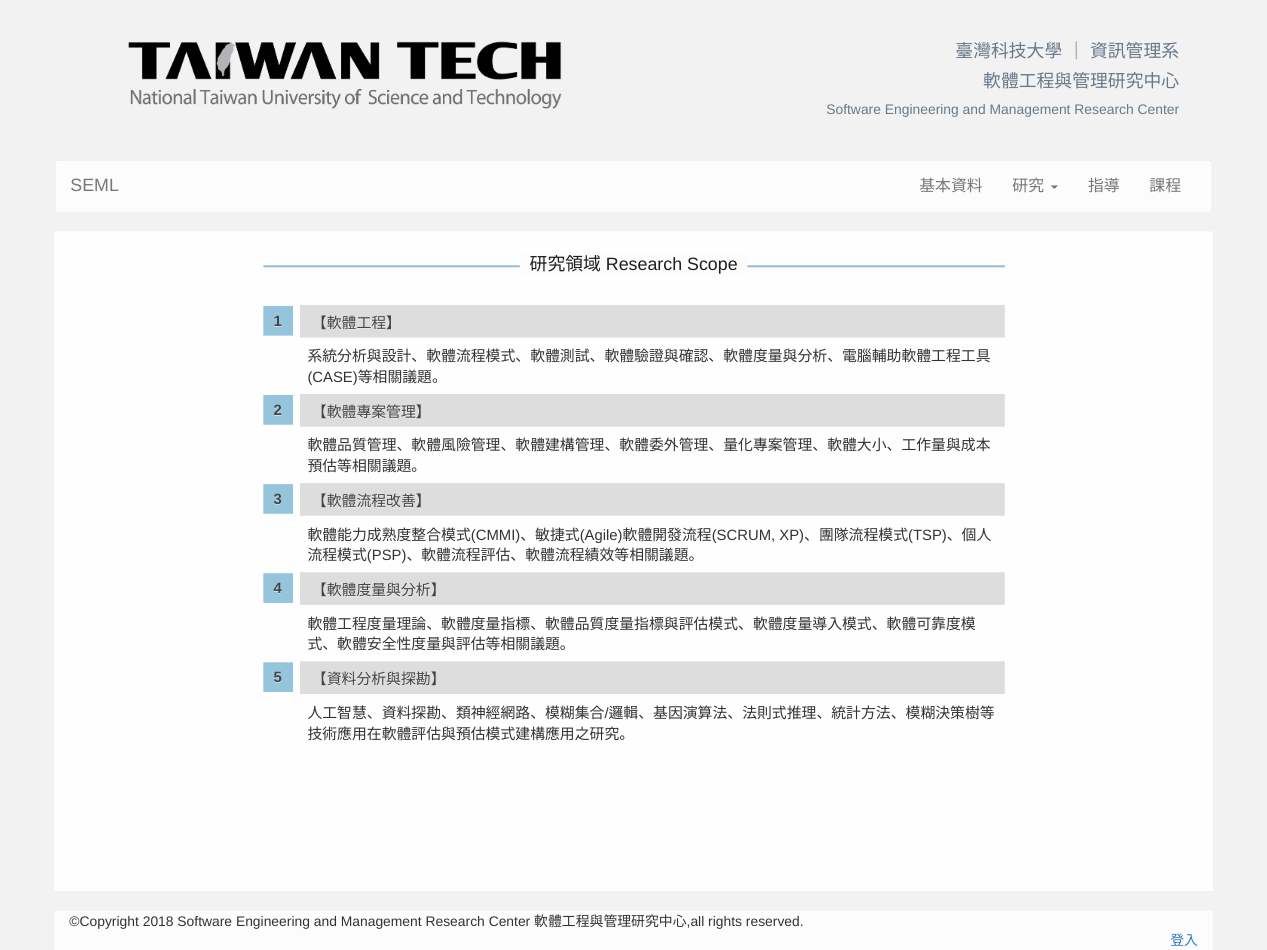
Repository: yeoan/seml_lab
Page: workspace/public/view/researchscope.html
The author's editor kept a record of every edit. The page is drawn from the files as they stood at one moment, then again after the next edit.
The browser window is 1280 px wide. The pictures show the whole page, at 99% of full size.
The page's requests for data from a server got no answer.

Above is the page before.

### workspace/public/view/researchscope.html
<!DOCTYPE html>
<!-- saved from url=(0034)http://huang.cs.ntust.edu.tw/plans -->
<html>
  <head>
      <meta http-equiv="Content-Type" content="text/html; charset=UTF-8">
      <meta name="viewport" content="width=device-width; initial-scale=1.0">
      <title>Seml</title>
      <meta name="csrf-param" content="authenticity_token">
      <meta name="csrf-token" content="QzkU2pYS2f2GqW1w0egoWwx6imEvlSzXVlgJrMYfGTPbM+S9FYgyoVgkUy3uslo207O9Q4ickH3As7P3kWft9g==">
      <link rel="stylesheet" media="all" href="./css/bootstrap.min.css">
      <link rel="stylesheet" href="https://cdnjs.cloudflare.com/ajax/libs/font-awesome/4.7.0/css/font-awesome.min.css">

      <script async="" src="./js/analytics.js"></script>
      <script>
          (function(i, s, o, g, r, a, m) {
              i['GoogleAnalyticsObject'] = r;
              i[r] = i[r] || function() {
                  (i[r].q = i[r].q || []).push(arguments)
              }, i[r].l = 1 * new Date();
              a = s.createElement(o),
                  m = s.getElementsByTagName(o)[0];
              a.async = 1;
              a.src = g;
              m.parentNode.insertBefore(a, m)
          })(window, document, 'script', 'https://www.google-analytics.com/analytics.js', 'ga');
          ga('create', 'UA-94092660-1', 'auto');
          ga('send', 'pageview');

      </script>
      <script type="text/javascript" src="js/vue.min.js"></script>
      <script type="text/javascript" src="js/jquery.js"></script>
      <script type="text/javascript" src="js/bootstrap.min.js"></script>


  </head>

  <body>
      <!--header每個頁面都一樣-->
        <div class="main-header">
            <div class="container">
                <div class="col-sm-4 col-md-6 vertical-container">
                    <img class="logo-ntust" src="./img/logo.png" alt="Logo">
                </div>
                <div class="col-xs-12 col-sm-8 col-md-6 logo-main">
                    <div class="content">
                        <h4>臺灣科技大學 ｜ 資訊管理系</h4>
                        <h4>軟體工程與管理研究中心</h4>
                        <h5>Software Engineering and Management Research Center</h5>
                    </div>
                </div>
            </div>
        <div class="nav-list container">
            <nav id="custom-bootstrap-menu" class="navbar navbar-default">
                <div class="container-fluid">
                    <!-- Brand and toggle get grouped for better mobile display -->
                    <div class="navbar-header">
                        <button type="button" class="navbar-toggle collapsed" data-toggle="collapse" data-target="#bs-example-navbar-collapse-1" aria-expanded="true">
                            <span class="sr-only">Toggle navigation</span>
                            <span class="icon-bar"></span>
                            <span class="icon-bar"></span>
                            <span class="icon-bar"></span>
                        </button>
                        <a class="navbar-brand" href="/plans.html">SEML</a>
                    </div>
                      <!-- Collect the nav links, forms, and other content for toggling -->
                    <div class="collapse navbar-collapse" id="bs-example-navbar-collapse-1">
                        <ul class="nav navbar navbar-nav navbar-right">
                            <li>
                                <a href="/profile.html">基本資料</a>
                            </li>
                            <li class="dropdown">
                                <a href="/plans.html" class="dropdown-toggle" data-toggle="dropdown" role="button" aria-haspopup="true" aria-expanded="false">研究
                                <span class="caret"></span>
                                </a>
                                <ul class="dropdown-menu">
                                    <li>
                                        <a href="/researchscope.html">研究領域</a>
                                    </li>
                                <li>
                                    <a href="/plans.html#">研究計畫</a>
                                </li>
                                </ul>
                            </li>
                            <li>
                                <a href="/students.html">指導</a>
                            </li>
                            <li>
                                <a href="/seml.html">課程</a>
                            </li>
                        </ul>
                    </div>
                      <!-- /.navbar-collapse -->
                  </div>
                  <!-- /.container-fluid -->
              </nav>
          </div>
        </div>


    <div class="container section plan" >
      <div class="row" >
        <div class="col-md-12 profile-details">
          <div class="details-title">
            <h3><span> 研究領域 Research Scope </span></h3>
          </div>

            <div class="scope-details">
                <ol class="rectangle-list disabled">
                    <li><a href="http://huang.cs.ntust.edu.tw/researchscope">【軟體工程】</a>
                        <ol>系統分析與設計、軟體流程模式、軟體測試、軟體驗證與確認、軟體度量與分析、電腦輔助軟體工程工具(CASE)等相關議題。</ol>
                    </li>
                    <li><a href="http://huang.cs.ntust.edu.tw/researchscope">【軟體專案管理】</a>
                        <ol>軟體品質管理、軟體風險管理、軟體建構管理、軟體委外管理、量化專案管理、軟體大小、工作量與成本預估等相關議題。</ol>
                    </li>
                    <li><a href="http://huang.cs.ntust.edu.tw/researchscope">【軟體流程改善】</a>
                        <ol>軟體能力成熟度整合模式(CMMI)、敏捷式(Agile)軟體開發流程(SCRUM, XP)、團隊流程模式(TSP)、個人流程模式(PSP)、軟體流程評估、軟體流程績效等相關議題。</ol>
                    </li>
                    <li><a href="http://huang.cs.ntust.edu.tw/researchscope">【軟體度量與分析】</a>
                        <ol>軟體工程度量理論、軟體度量指標、軟體品質度量指標與評估模式、軟體度量導入模式、軟體可靠度模式、軟體安全性度量與評估等相關議題。</ol>
                    </li>
                    <li><a href="http://huang.cs.ntust.edu.tw/researchscope">【資料分析與探勘】</a>
                        <ol>人工智慧、資料探勘、類神經網路、模糊集合/邏輯、基因演算法、法則式推理、統計方法、模糊決策樹等技術應用在軟體評估與預估模式建構應用之研究。</ol>
                    </li>
                </ol>
            </div>



          <div class="scope-details" id="demoList">
            <ol class="rectangle-list disabled">
                <li v-for="plan in plans">
                  <a href="/#">{{plan.name}}</a>
                  <ol>擔任職掌 : {{plan.role}} </ol>
                  <ol>起迄年月 : {{plan.period}} </ol>
                  <ol>贊助單位 : {{plan.sponsor}}</ol>
                </li>
            </ol>
          </div>
        </div>
      </div>
    </div>


    <div class="footer ">
      <div class="container section">
         ©Copyright 2018 Software Engineering and Management Research Center 軟體工程與管理研究中心,all rights reserved.
         <div class="text-right">
            <a href="http://huang.cs.ntust.edu.tw/users/sign_in">登入</a>
         </div>

      </div>
    </div>



</body>
<script>

new Vue({

  el: '#demoList',

  data: {
    currentBranch: 'dev',
    plans: null
  },

  created: function () {
    this.fetchData();
  },

  methods: {
    fetchData: function () {
        var self = this;
        $.getJSON("/plans", function(result){
          console.log(result);
          self.plans= result;
        });
    },

  }
});




</script>




</html>

Loaded but not shown: workspace/public/css/bootstrap.min.css (library); workspace/public/js/vue.min.js (library); workspace/public/js/jquery.js (library); workspace/public/js/bootstrap.min.js (library)

After the next edit:
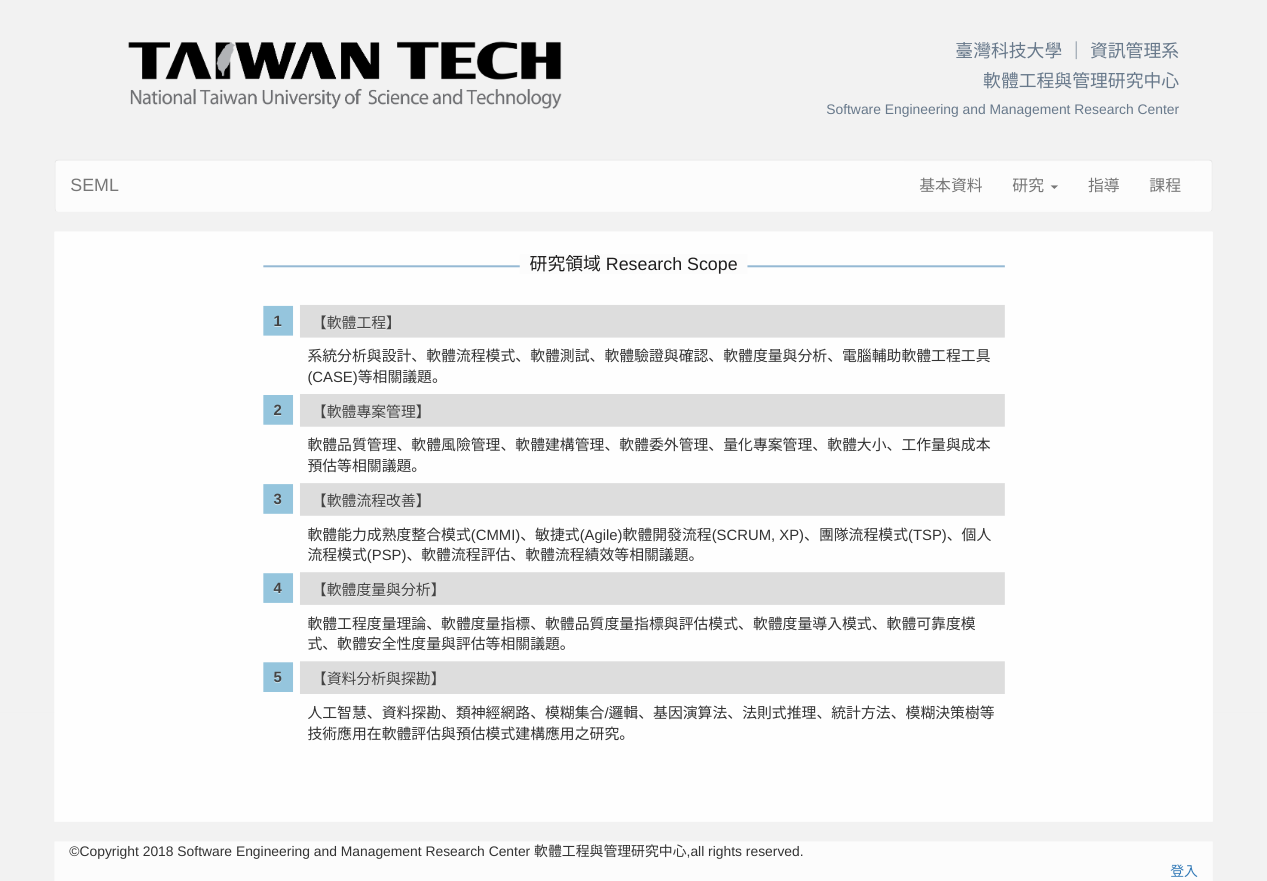
The edit:
--- a/workspace/public/view/researchscope.html
+++ b/workspace/public/view/researchscope.html
@@ -124,18 +124,6 @@
                 </ol>
             </div>
 
-
-
-          <div class="scope-details" id="demoList">
-            <ol class="rectangle-list disabled">
-                <li v-for="plan in plans">
-                  <a href="/#">{{plan.name}}</a>
-                  <ol>擔任職掌 : {{plan.role}} </ol>
-                  <ol>起迄年月 : {{plan.period}} </ol>
-                  <ol>贊助單位 : {{plan.sponsor}}</ol>
-                </li>
-            </ol>
-          </div>
         </div>
       </div>
     </div>
